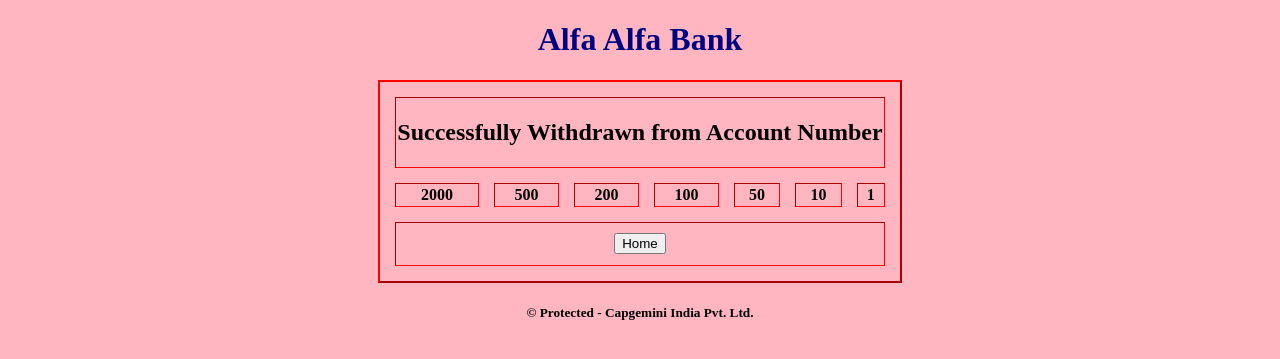
Repository: Rccalfa123/OnlineBankingApp
Page: http://localhost/AlfaAlfaBankApp/withdrawSuccess.jsp
These files come from the project's save history. The page is drawn as it stood at one moment and after the next save; the edit follows.
The browser window is 1280 px wide. The pictures show the whole page.
The page is served by Tomcat 9. Other server files are loaded and not shown.

Above is the page before, as saved 2018-08-13 11:06:41.

### AlfaAlfaBankApp/WebContent/withdrawSuccess.jsp
<%@ page language="java" contentType="text/html; charset=ISO-8859-1"
	pageEncoding="ISO-8859-1"%>
<%@taglib prefix="alfa" uri="http://java.sun.com/jsp/jstl/core"%>

<!DOCTYPE html>
<html>
<head>

<link rel="stylesheet" type="text/css" href="mystyle.css">

<meta charset="ISO-8859-1">
<title>Insert title here</title>
</head>
<body>

	<jsp:include page="header.jsp"></jsp:include>

	<form action="home.jsp" method="get">

		<div>
			<table cellspacing="15" align="center" border="2">
				<tr>
					<th colspan="7" height="35"><h2>Successfully Withdrawn
							${sessionScope.amountInWithdraw} from Account Number
							${sessionScope.accountInWithdraw}</h2></th>
				</tr>

				<tr>
					<th height="20">2000</th>
					<th height="20">500</th>
					<th height="20">200</th>
					<th height="20">100</th>
					<th height="20">50</th>
					<th height="20">10</th>
					<th height="20">1</th>
				</tr>

                <alfa:forEach var="notes" items="${sessionScope.denomination.keySet()}">
						<tr><td>${sessionScope.denomination.get(notes)}</td></tr>
				</alfa:forEach>

				<tr>
					<th colspan="7" height="40"><input type="submit" value="Home"></th>
				</tr>
			</table>
		</div>

	</form>
	<jsp:include page="footer.html"></jsp:include>


</body>
</html>

### AlfaAlfaBankApp/WebContent/header.jsp
<%@taglib prefix="jstl" uri="http://java.sun.com/jsp/jstl/core" %>
<div align="center">
	<h1>Alfa Alfa Bank</h1>
</div>

### AlfaAlfaBankApp/WebContent/footer.html
<div align="center">
<h5>&copy; Protected - Capgemini India Pvt. Ltd.</h5>
</div>

### AlfaAlfaBankApp/WebContent/mystyle.css
@charset "ISO-8859-1";

body {
    background-color: lightpink;
}

h1 {
    color: navy;
}

td{

 font-family: sans-serif;

}

table {
	border-color: red;
	border-right: 2px 2px 2px 2px ;
}

a{
	text-decoration: none;
	color: green;
}

After the next save:
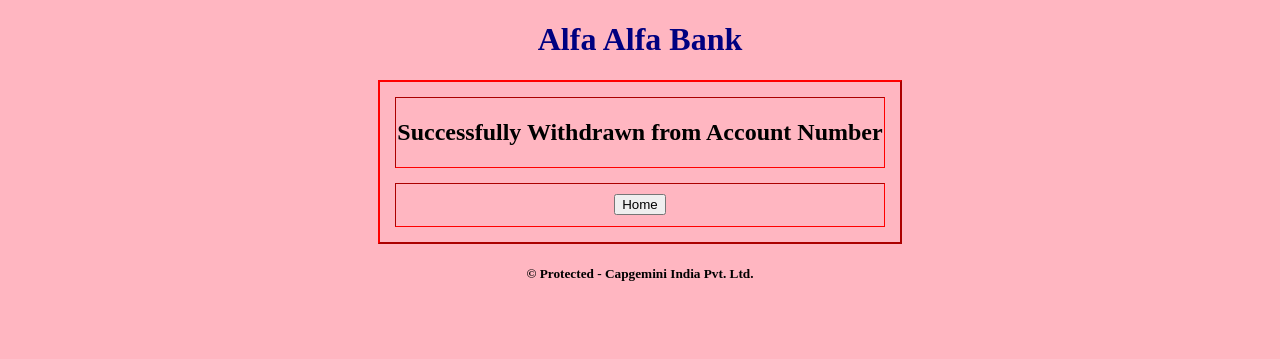
Saved 31 s later.
--- a/AlfaAlfaBankApp/WebContent/withdrawSuccess.jsp
+++ b/AlfaAlfaBankApp/WebContent/withdrawSuccess.jsp
@@ -25,16 +25,6 @@
 							${sessionScope.accountInWithdraw}</h2></th>
 				</tr>
 
-				<tr>
-					<th height="20">2000</th>
-					<th height="20">500</th>
-					<th height="20">200</th>
-					<th height="20">100</th>
-					<th height="20">50</th>
-					<th height="20">10</th>
-					<th height="20">1</th>
-				</tr>
-
                 <alfa:forEach var="notes" items="${sessionScope.denomination.keySet()}">
 						<tr><td>${sessionScope.denomination.get(notes)}</td></tr>
 				</alfa:forEach>
